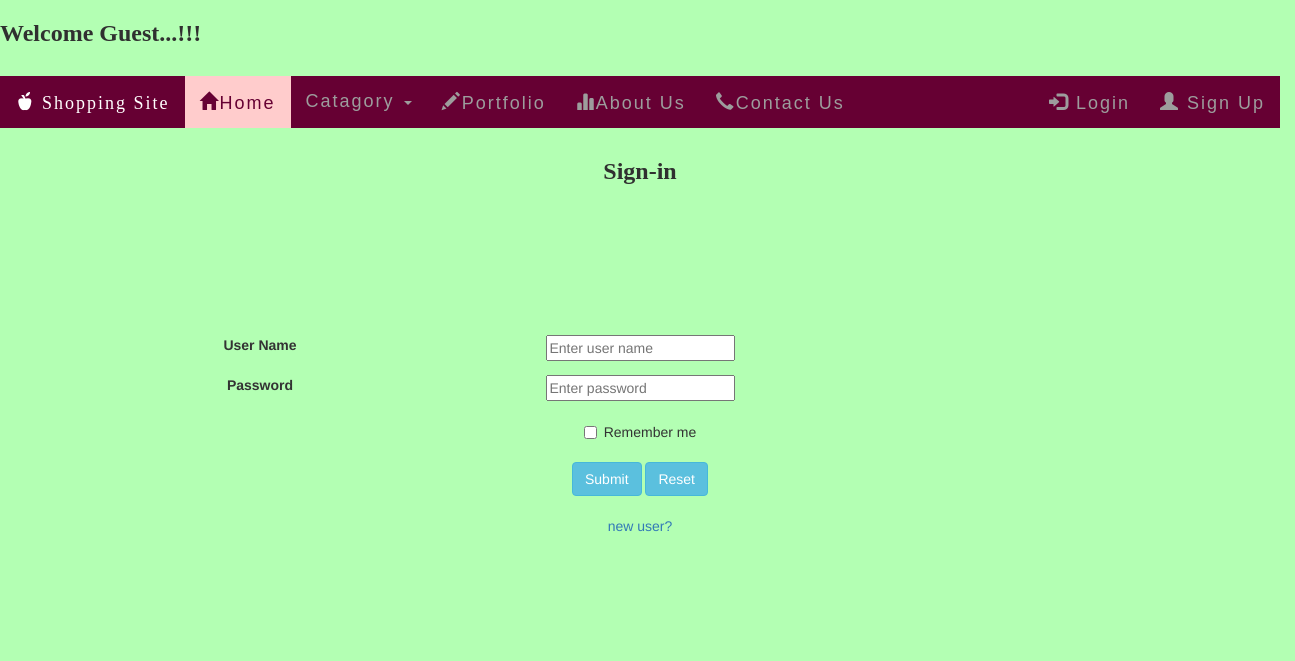
Repository: priyasuthakar/priya
Page: http://localhost/Apple/WEB-INF/views/login.jsp
An editor plug-in stored every save of this project. The page is shown before and after the next save, followed by the edit.
The browser window is 1280 px wide. The page is 1280 px wide, then 1295 px, so the pictures cover 1295 px, including what lies to the right of the window. The pictures show the whole page.
The page is served by Tomcat 9. Nobody is signed in. The template is opened directly, without the code that normally fills it, so the values that code supplies are empty.

Above is the page before, as saved 2016-08-20 19:54:04.

After the next save:
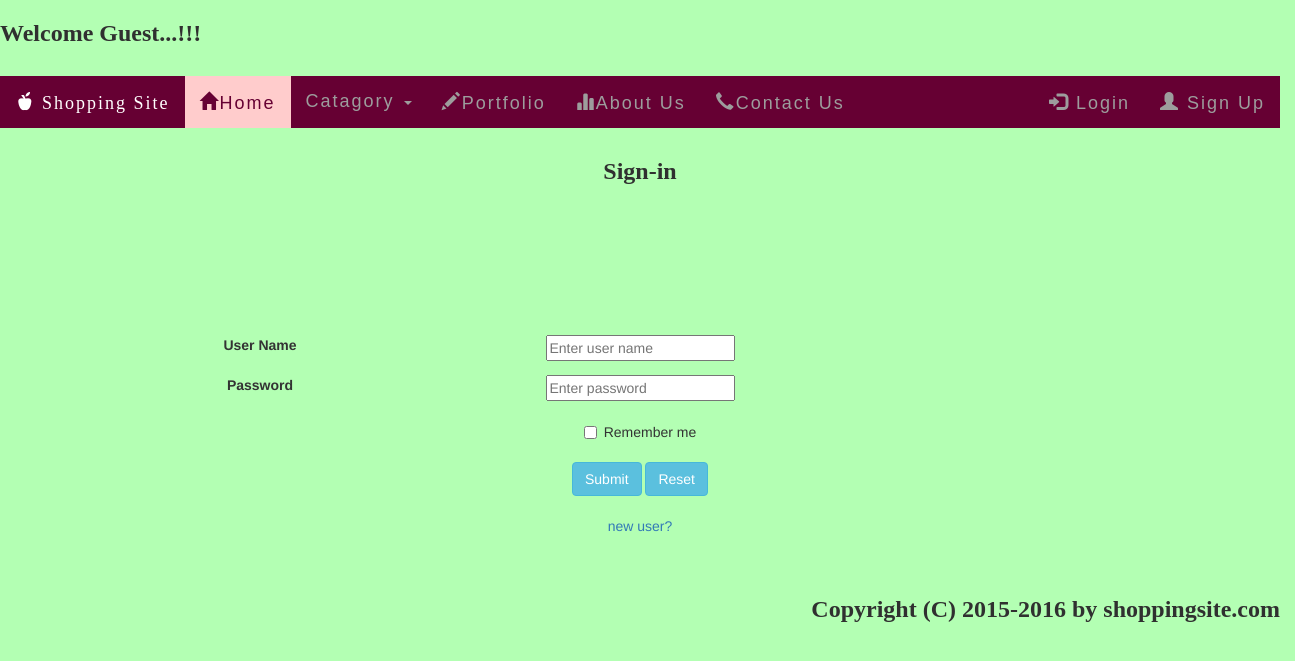
Saved 2 s later.
--- a/Apple/src/main/webapp/WEB-INF/views/login.jsp
+++ b/Apple/src/main/webapp/WEB-INF/views/login.jsp
@@ -117,42 +117,6 @@ footer .glyphicon {
 			</form>
 		</div>
 	</center>
+	<%@include file="Footer.jsp"%>
 </body>
 </html>
-<%-- <center>
-					<div class="control-group">
-						<form:label class="col-lg-4" path="username">
-							<spring:message text="User Name" />
-						</form:label>
-						<div class="col-lg-4 controls">
-							<form:input path="username" placeholder="Enter user name"
-								required="true" title="should not be empty" />
-						</div>
-					</div>
-					</br> </br>
-					<div class="control-group">
-						<form:label class="col-lg-4" path="password">
-							<spring:message text="Password" />
-						</form:label>
-						<div class="col-lg-4 controls">
-							<form:password path="password" placeholder="Enter password"
-								required="true" title="should not be empty" />
-						</div>
-					</div>
-					</br> </br>
-				</center>
-				<div class="checkbox">
-					<label><input type="checkbox"> Remember me</label>
-				</div>
-				<div>
-					<form:button type="submit" class="btn btn-info">
-						<spring:message text="Submit" />
-					</form:button>
-					<form:button type="reset" class="btn btn-info">
-						<spring:message text="Reset" />
-					</form:button>
-					</div>
-					<div>
-					<a href="reg">new user?</a>
-				</div>
- --%>
